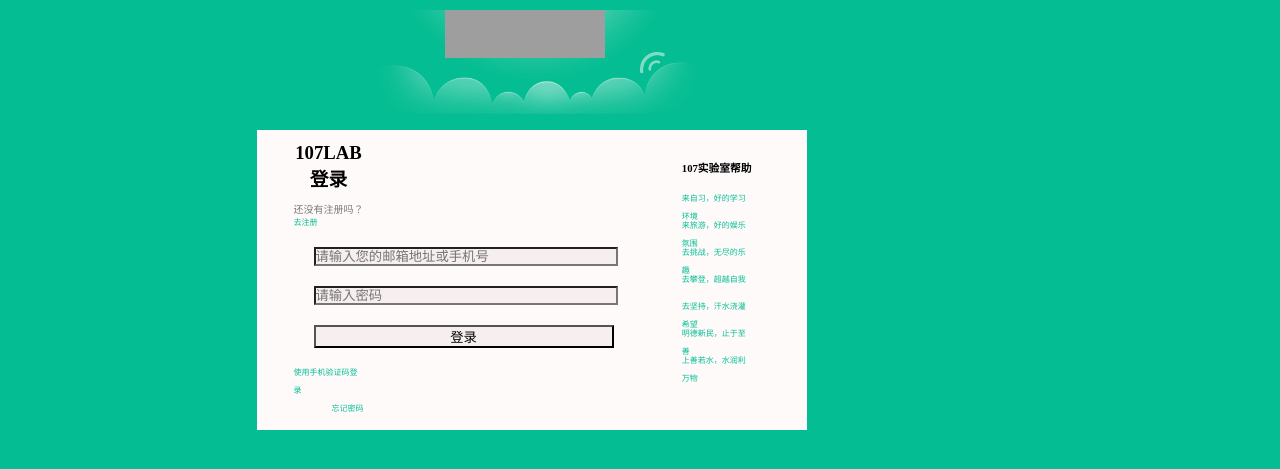
Repository: zz-yy/2023_homework
Page: 第一次考核作业/mazehua/index.html
An editor plug-in stored every save of this project. The page is shown before and after the next save, followed by the edit.
The browser window is 1280 px wide. The pictures show the whole page.
Pictures or frames that could not be fetched are drawn as grey boxes.

Above is the page before, as saved 2024-04-04 22:39:44.

### 第一次考核作业/mazehua/index.html
<!DOCTYPE html>
<html lang="en">

<head>
    <meta charset="UTF-8">
    <meta http-equiv="X-UA-Compatible" content="IE=edge">
    <meta name="viewport" content="width=device-width, initial-scale=1.0">
    <title>107LAB登录</title>
    <!--引入css样式表-->
    <link rel="stylesheet" href="index.css">
    <!--引入图标样式-->
    <link rel="stylesheet" href="./iconfont.css">

</head>

<body>

    <div class="logbj">
        <div class="logo"><img src="./images/logo.png"></div><br>
    </div>

    <div class="login">
        <ul class="left">
            <li>
                <h3>107LAB登录</h3>
                <span class="tishi">还没有注册吗？<a href="#">去注册</a></span>
                <form action="#">
                    <input type="text" placeholder="请输入您的邮箱地址或手机号" name="text"><br>
                    <input type="password"  placeholder="请输入密码" name="psd"><br>
                    <input type="submit" value="登录">
                </form>
                <div class="forget"><span class="L"><a href="#">使用手机验证码登录</a> </span> <span class="R"><a href="#">忘记密码</a></span></div>
            </li>
        </ul>
        <ul class="right">
            <li>
                <h6>107实验室帮助</h6>
            </li>
           <li> <a href="#">来自习，好的学习环境</a></li>
           <li> <a href="#">来旅游，好的娱乐氛围</a></li>
            <li><a href="#">去挑战，无尽的乐趣</a></li>
            <li><a href="#">去攀登，超越自我</a></li>
            <li><a href="#">去坚持，汗水浇灌希望</a></li>
            <li><a href="#">明德新民，止于至善</a></li>
            <li><a href="#">上善若水，水润利万物</a></li>
        </ul>
    </div>


</body>

</html>

### 第一次考核作业/mazehua/index.css
* {
    margin: 0px;
    padding: 0px;
}

body {

    background: rgb(5, 189, 146);
    float: left;

}

.logbj {
    background-image: url(/images/bg_reg_wave.png);
    background-repeat: no-repeat;
    background-size: 500px;
    width: 550px;
    height: 100px;
    margin: 10px 50%;

    padding: 10px 10px;
}

.logo {
    height: 60px;
    width: 200px;
    margin: 10px 120px;

}

.logo img {
    width: 80%;
    height: 80%;
    position: relative;
    left: 30px;
    top: -20px;
}

.login {
    display: flex;
    height: 300px;
    width: 550px;
    margin: -10px 45%;
    background: #fefafa;

}

h3{
    text-align: center;
}

li {
    width:70px;
    height: 20px;
    list-style: none;
    padding: 0px 0px;
    margin: 7px;
}

a {
    text-decoration: none;

}

.tishi {
    float: right;
    font-size: 10px;
    color: #7e7979;
    margin: 10px 0px ;
}
 a{
    font-size: 8px;
    color: rgb(5, 189, 146);
}

.left {
    width: 370px;
    height: 200px;
    margin: 0px 20px;
    float: left;
    padding: 5px 10px;
}
form{
    height: 150px;
    width: 320px;
    margin: 10px;
}
input{
    margin: 10px;
    width: 300px;
    outline-style: none;
    background: rgb(247, 239, 239);
    border-radius: 1px solid #ccc ;
}
.right {
    height: 220px;
    width: 120px;
    float: right;
    padding: auto;
    margin: 23px ;
}
.L{
    float: left;
}
.R{
    float:right;
}

### 第一次考核作业/mazehua/iconfont/iconfont.css
@font-face {
  font-family: "iconfont"; /* Project id  */
  src: url('iconfont.ttf?t=1712408906963') format('truetype');
}

.iconfont {
  font-family: "iconfont" !important;
  font-size: 16px;
  font-style: normal;
  -webkit-font-smoothing: antialiased;
  -moz-osx-font-smoothing: grayscale;
}

.icon-qq:before {
  content: "\e66a";
}

.icon-weixin:before {
  content: "\e633";
}

.icon-zhanghu:before {
  content: "\e62b";
}

.icon-weixin1:before {
  content: "\e64b";
}

.icon-qq-copy:before {
  content: "\e658";
}

.icon-QQ:before {
  content: "\e73e";
}

.icon-GitHub:before {
  content: "\ea0a";
}

.icon-Oracle:before {
  content: "\ea23";
}

.icon-QQ1:before {
  content: "\e882";
}

.icon-zaixianlianxi:before {
  content: "\e6a7";
}

.icon-QQkongjian:before {
  content: "\e666";
}

.icon-QQ2:before {
  content: "\e667";
}

.icon-search:before {
  content: "\e611";
}

.icon-qq1:before {
  content: "\e636";
}

.icon-weixin2:before {
  content: "\e782";
}

.icon-weixin3:before {
  content: "\e607";
}

.icon-QQ3:before {
  content: "\ea94";
}

After the next save:
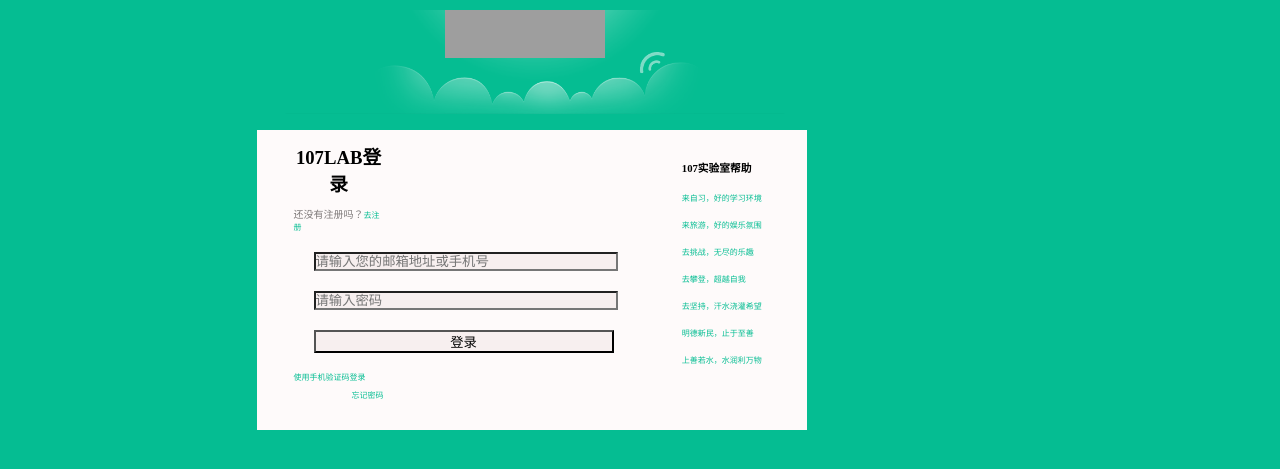
Saved 33 s later.
--- a/第一次考核作业/mazehua/index.css
+++ b/第一次考核作业/mazehua/index.css
@@ -50,7 +50,7 @@ h3{
 }
 
 li {
-    width:70px;
+    width:90px;
     height: 20px;
     list-style: none;
     padding: 0px 0px;
